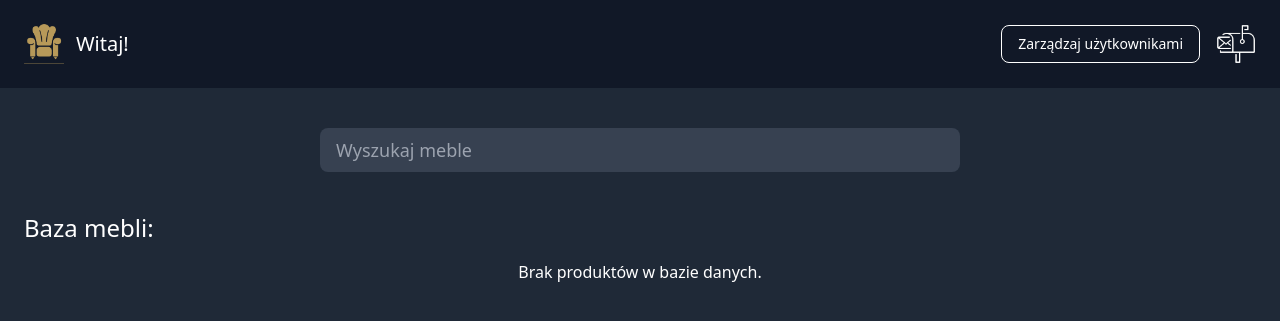
Repository: DaveCala/AplikacjaMeble
Page: http://localhost/editor/editor_index.php
The author's editor kept a copy of each file at every save. The page is drawn from the files as they stood at one save, then again after the next save.
The browser window is 1280 px wide. The pictures show the whole page.
Some web libraries are served in a nearby version. The page is run by PHP 8.4 with error messages shown; the project is at /var/www/html/. The session is filled in as if someone had signed in: {"user_id": 1, "username": "testuser", "role": "admin"}. Queries for data that is not in the repository find no rows.

Above is the page before, as saved 2024-11-28 12:32:10.

After the next save:
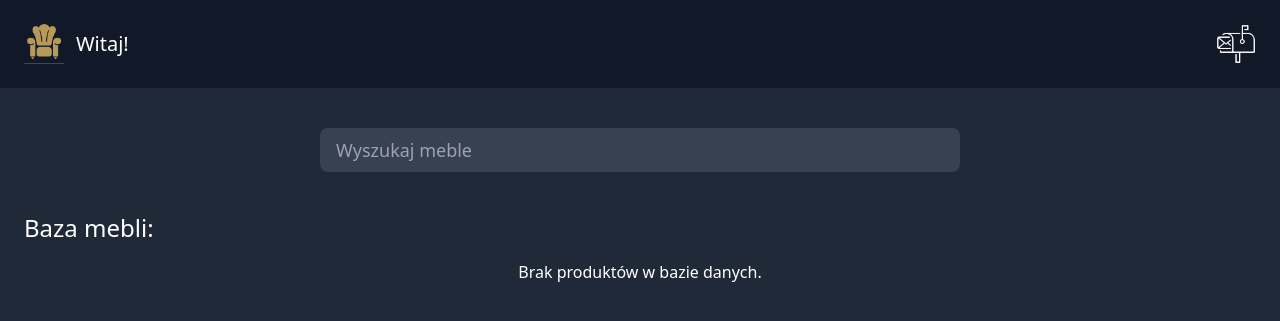
Saved 5 min 52 s later.
--- a/editor/editor_index.php
+++ b/editor/editor_index.php
@@ -29,10 +29,13 @@ $products = $stmt->fetchAll(PDO::FETCH_ASSOC);
 
   <div class="flex items-center mr-6">
     <!-- Przycisk Zarządzaj użytkownikami -->
-    <a href="../admin/users.php"
-       class="bg-gray-900 border border-white text-white py-2 px-4 rounded-lg hover:bg-gray-700 text-sm mr-4">
-       Zarządzaj użytkownikami
-    </a>
+    <?php if (isset($_SESSION['role']) && $_SESSION['role'] === 'admin') : ?>
+        <a href="../admin/users.php"
+          class="bg-gray-900 border border-white text-white py-2 px-4 rounded-lg hover:bg-gray-700 text-sm mr-4">
+          Zarządzaj użytkownikami
+        </a>
+    <?php endif; ?>
+
 
     <!-- Ikona Powiadomień -->
     <div class="relative">
